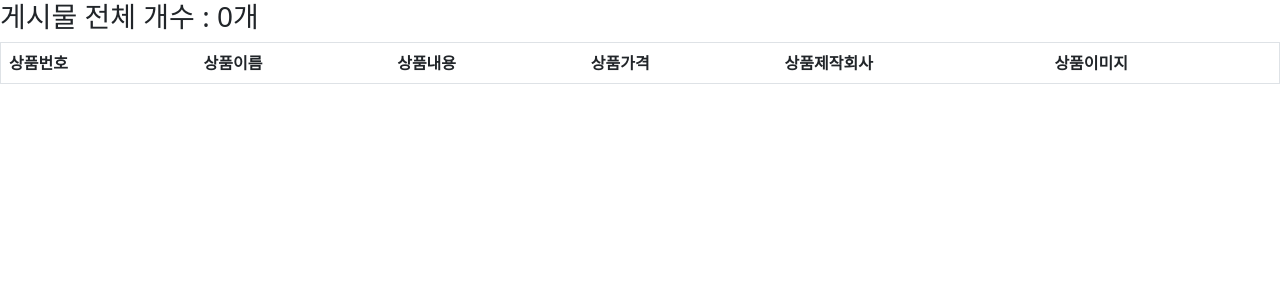
Repository: Hugh-KR/JSP_Project
Page: http://localhost/JSP_Project/product_all.jsp
The author's editor kept a copy of each file at every save. The page is drawn from the files as they stood at one save, then again after the next save.
The browser window is 1280 px wide. The pictures show the whole page.
The page is served by Tomcat 9. Queries for data that is not in the repository find no rows.

Above is the page before, as saved 2022-11-08 06:41:18.

After the next save:
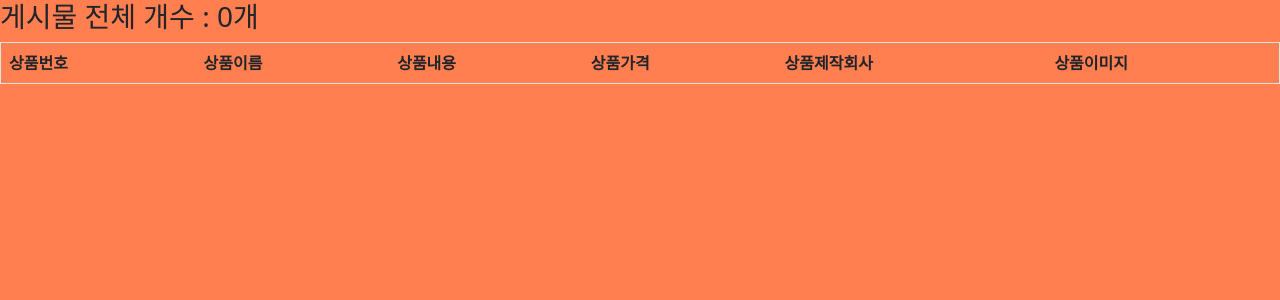
Saved 48 s later.
--- a/JSP_Project/src/main/webapp/product_all.jsp
+++ b/JSP_Project/src/main/webapp/product_all.jsp
@@ -19,7 +19,7 @@ ArrayList<ProductVO> list = dao.list();
   <script src="https://cdn.jsdelivr.net/npm/bootstrap@5.2.2/dist/js/bootstrap.bundle.min.js"></script>
 
 <style type="text/css">
-background-color: "brown";
+body {background-color: coral;}
 </style>
 </head>
 <body>
